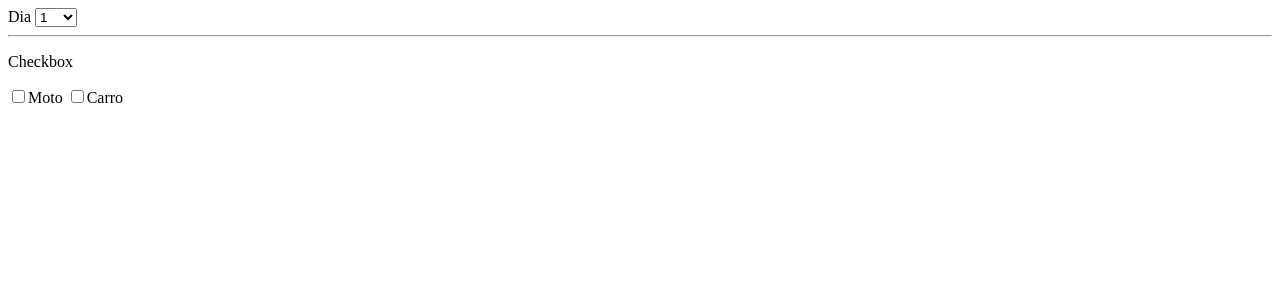
Repository: renatanohara/estudos
Page: CasaDoCodigo/seleniunWebDrive/aprendendo_selenium/src/main/java/comboDia.html
These files come from the project's save history. The page is drawn as it stood at one moment and after the next save; the edit follows.
The browser window is 1280 px wide. The pictures show the whole page.

Above is the page before, as saved 2025-08-12 13:30:23.

### CasaDoCodigo/seleniunWebDrive/aprendendo_selenium/src/main/java/comboDia.html
<html>
	<head>Dia</head>
	<body>
		<select arial-label="Dia" name="birthday_day" id="day" title="Dia" class="_5dba">
			<option value="0">Dia</option>
			<option value="1" selected="1">1</option>
			<option value="2">2</option>
			<option value="3">3</option>
			<option value="4">4</option>
			<option value="5">5</option>
			<option value="6">6</option>
			<option value="7">7</option>
			<option value="8">8</option>
			<option value="9">9</option>
			<option value="10">10</option>
		</select>

		<hr>

		<p>Checkbox</p>

		<input type="checkbox" name="veiculo" type="moto">Moto
		<input type="checkbox" name="veiculo" type="carro">Carro
	</body>
</html>

After the next save:
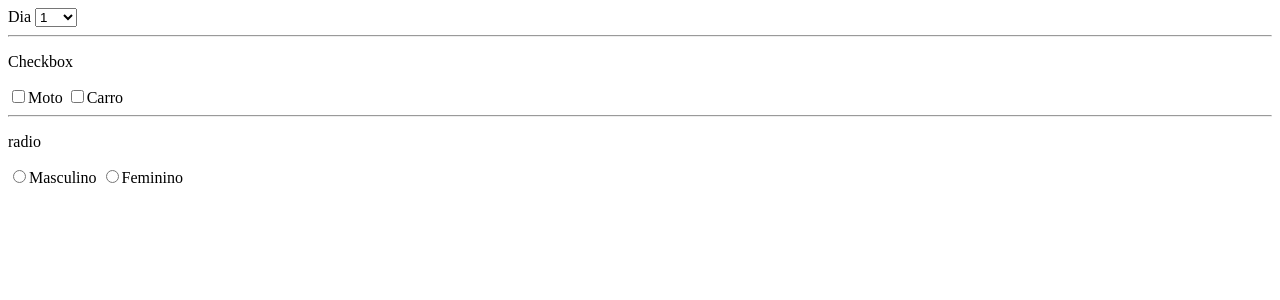
Saved 2 min 13 s later.
--- a/CasaDoCodigo/seleniunWebDrive/aprendendo_selenium/src/main/java/comboDia.html
+++ b/CasaDoCodigo/seleniunWebDrive/aprendendo_selenium/src/main/java/comboDia.html
@@ -19,7 +19,15 @@
 
 		<p>Checkbox</p>
 
-		<input type="checkbox" name="veiculo" type="moto">Moto
-		<input type="checkbox" name="veiculo" type="carro">Carro
+		<input type="checkbox" name="veiculo" value="moto">Moto
+		<input type="checkbox" name="veiculo" value="carro">Carro
+
+		<hr>
+
+		<p>radio</p>
+
+		<input type="radio" name="sexo" valeu="masculino">Masculino
+		<input type="radio" name="sexo" valeu="feminino">Feminino
+
 	</body>
 </html>
